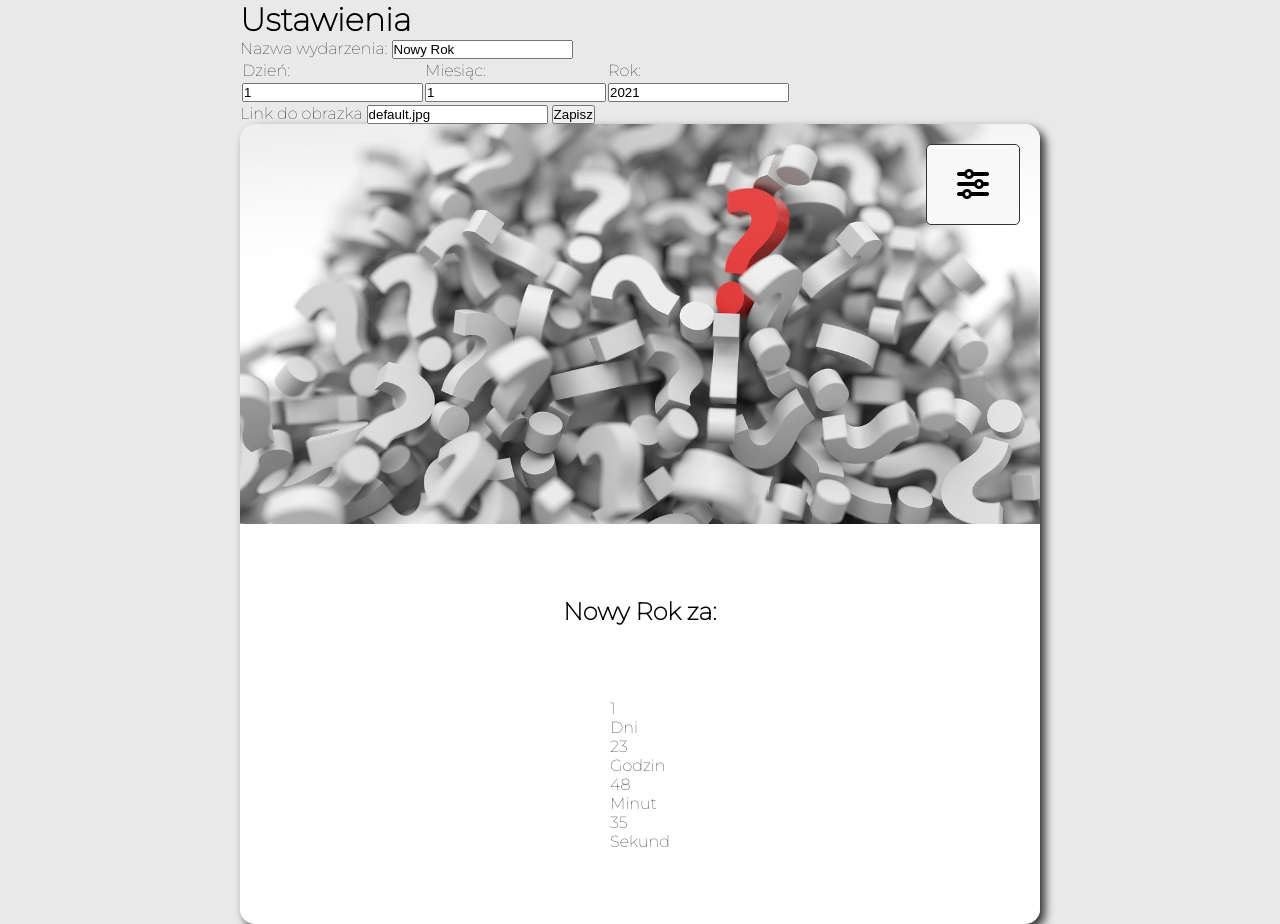
Repository: KrzysKolo/Projekt-8_Czasomierz
Page: index.html
The author's editor kept a copy of each file at every save. The page is drawn from the files as they stood at one save, then again after the next save.
The browser window is 1280 px wide. The pictures show the whole page.
Some web libraries are served in a nearby version.

Above is the page before, as saved 2020-07-19 10:32:50.

After the next save:
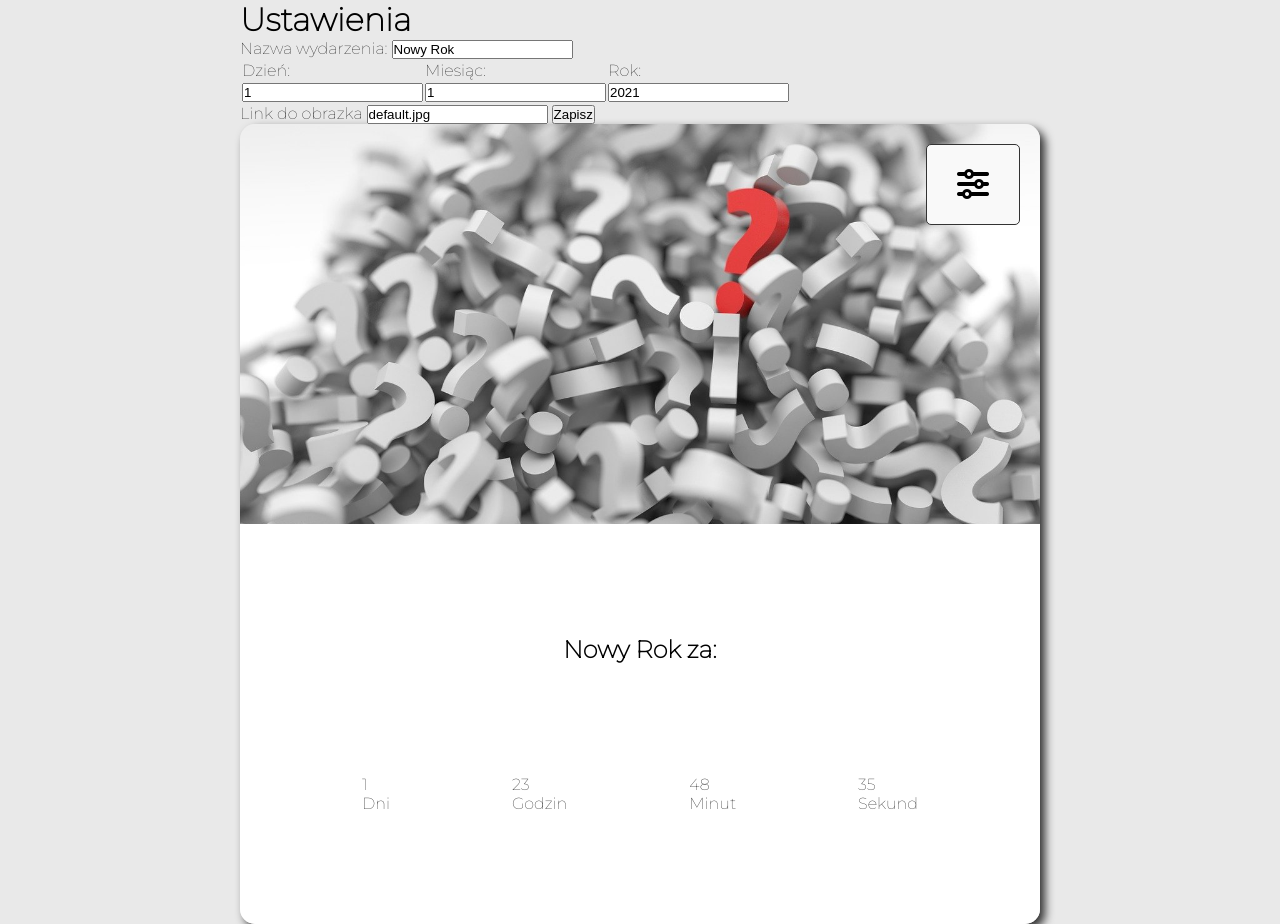
Saved 36 s later.
--- a/css/style.css
+++ b/css/style.css
@@ -59,3 +59,8 @@ h3 {
   font-size: 24px;
   text-align: center;
 }
+.time-cards {
+  display: flex;
+  justify-content: space-evenly;
+  width: 100%;
+}
